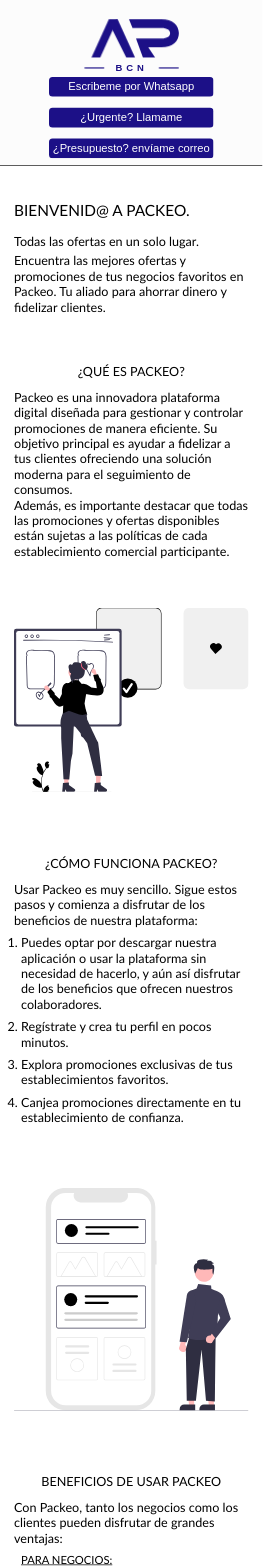
Repository: alupvcbarcelona/alupvcbarcelona-front
Page: /
These files come from the project's save history. The page is drawn as it stood at one moment and after the next save; the edit follows.
The browser window is 375 px wide. The pictures show the part of the page from y = 0 to 2240 px (the page is 3124 px tall before and 3072 px after), at 70% of full size.
The page's requests for data from a server got no answer. The project was rebuilt for these pictures with package versions that can differ from the ones it lists, and the page was loaded fresh each time. No one was signed in, and anything a server would have sent is missing. Also part of the build but not shown: vite.config.js, src/reducers/partner.reducer/partner.action.js, src/views/Pack/utils/content.js, src/views/Pack/Pack.css, src/views/Pack/Pack.jsx, src/views/404/utils.js, src/views/404/NotFound.css, src/views/404/NotFound.jsx and 6 more.

Above is the page before, as saved 2026-07-24 09:59:05.

After the next save:
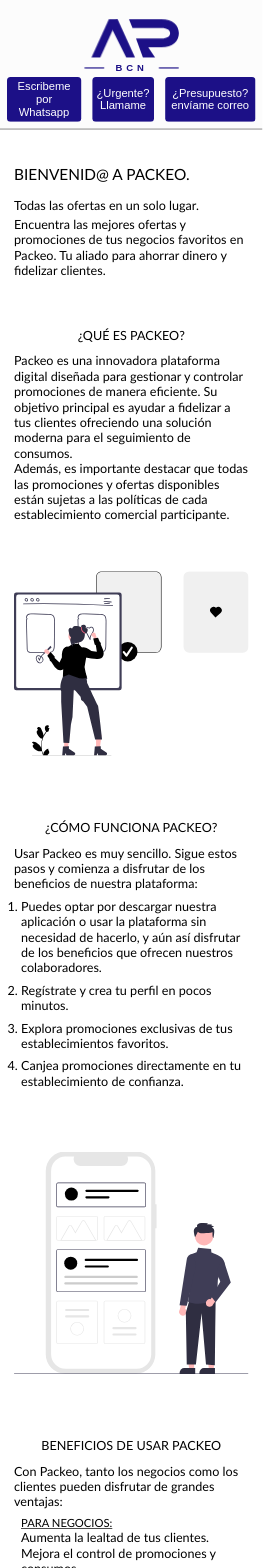
Saved 5 s later.
--- a/src/components/Header/Header.css
+++ b/src/components/Header/Header.css
@@ -96,7 +96,7 @@
 
   .header__content-action {
     display: flex;
-    flex-direction: wrap;
+    flex-direction: row;
     gap: 1rem;
   }
 
